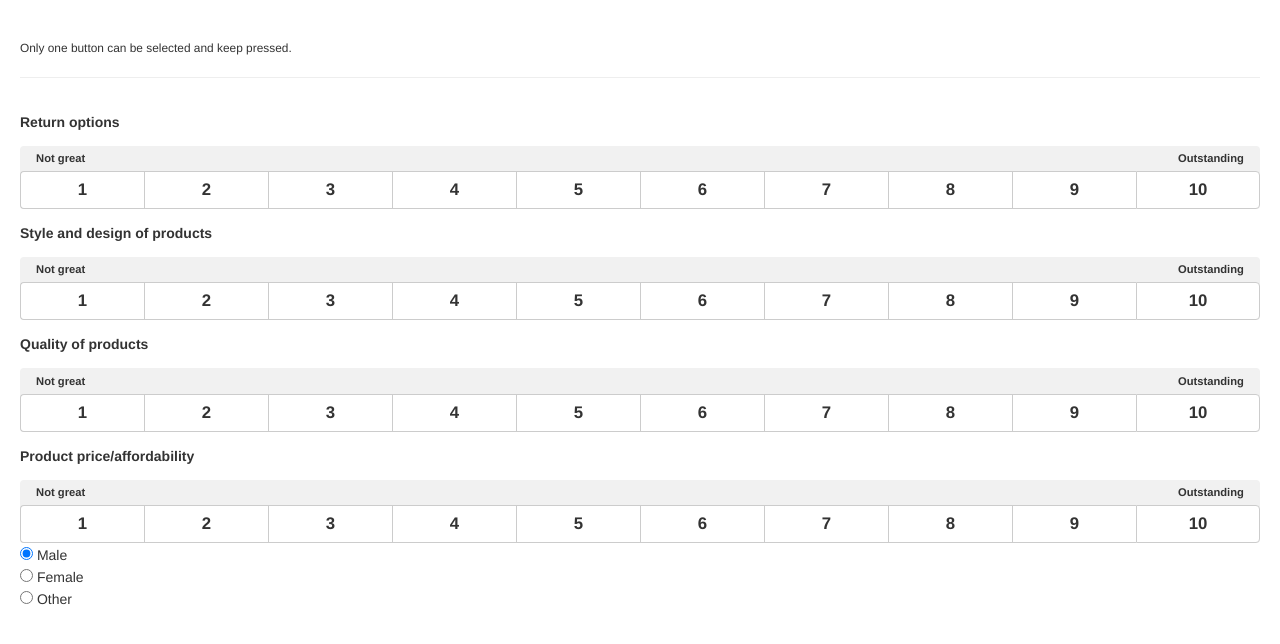
Repository: Yaoaoaoao/CISC475-675
Page: frontend/hello-world.html
The author's editor kept a record of every edit. The page is drawn from the files as they stood at one moment, then again after the next edit.
The browser window is 1280 px wide. The pictures show the whole page.
After loading, the first visible `button.btn` was clicked once.
Some web libraries are served in a nearby version.

Above is the page before.

After the next edit:
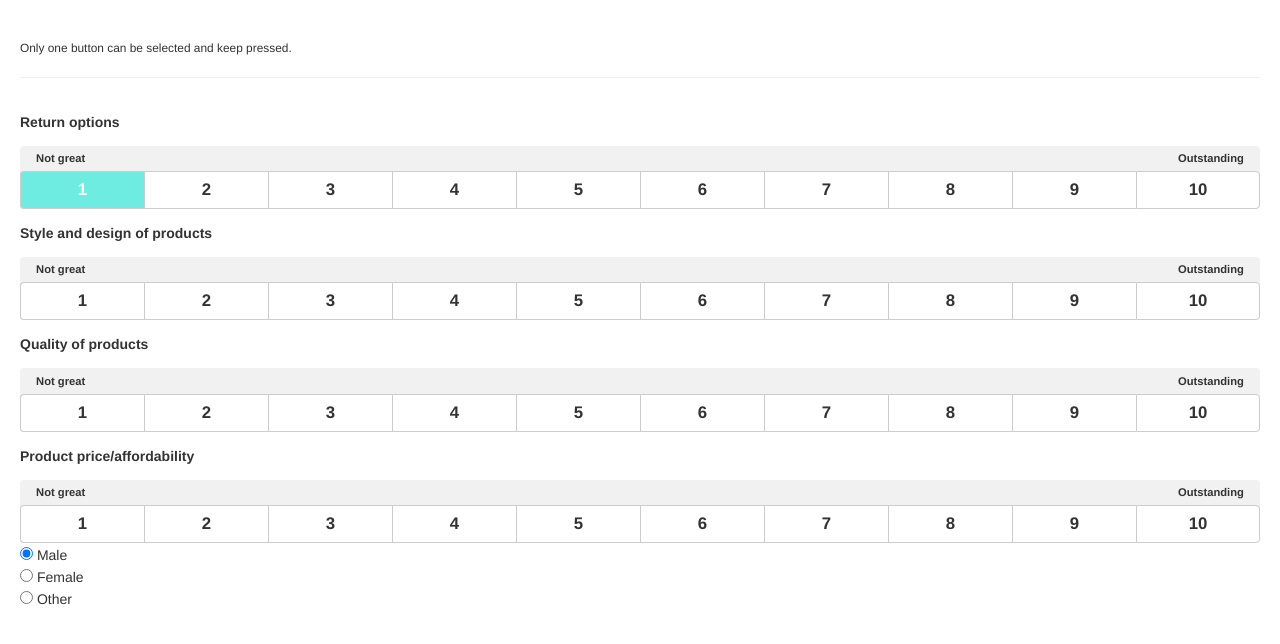
The edit:
--- a/frontend/Function.js
+++ b/frontend/Function.js
@@ -18,7 +18,7 @@
 for (var i = 0; i < buttons.length; i++)
 {
 	let j = i;
-	buttons[i].addEventListener("click",function(){
-					afterClick(i);
+	buttons[j].addEventListener("click",function(){
+					afterClick(j);
 				}, false);
 }
